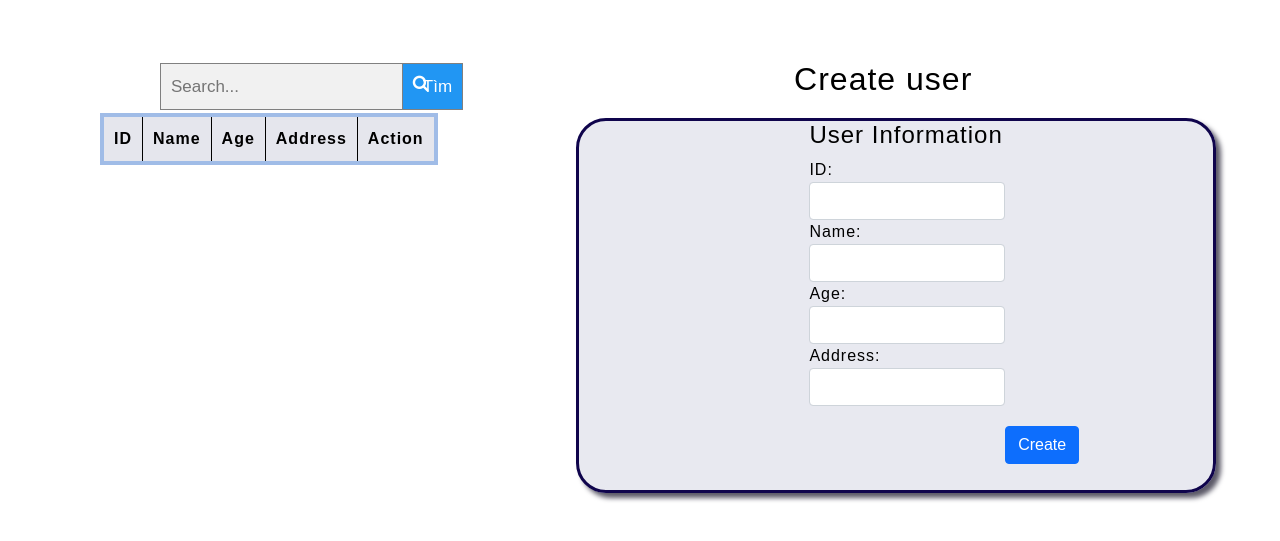
Repository: minhtuan16/JS-Basic
Page: CRUD-Department/create.html
These files come from the project's save history. The page is drawn as it stood at one moment and after the next save; the edit follows.
The browser window is 1280 px wide. The pictures show the whole page.

Above is the page before, as saved 2022-06-09 00:49:57.

### CRUD-Department/create.html
<!DOCTYPE html>
<html lang="en">
<head>
    <meta charset="UTF-8">
    <meta http-equiv="X-UA-Compatible" content="IE=edge">
    <meta name="viewport" content="width=device-width, initial-scale=1.0">
    <link rel="stylesheet" href="https://cdnjs.cloudflare.com/ajax/libs/font-awesome/4.7.0/css/font-awesome.min.css">
    <link href="https://cdn.jsdelivr.net/npm/bootstrap@5.1.3/dist/css/bootstrap.min.css" rel="stylesheet" integrity="sha384-1BmE4kWBq78iYhFldvKuhfTAU6auU8tT94WrHftjDbrCEXSU1oBoqyl2QvZ6jIW3" crossorigin="anonymous">
    <link rel="stylesheet" href="styles/style.css">
    <link rel="stylesheet" href="styles/search.css">
    <title>User</title>
</head>
<body>

    <h2>Create user</h2>
    <!--create a form with the following fiels,email, password, first name, last name, age, address, phone, payment, color-->


    <form id="registerForm" class="container">
        <h4>User Information</h4>
        <div class="control">
            <label>ID:</label>
            <input class="form-control" id="id" type="text" value="" />
        </div>

        <div class="control">
            <label>Name:</label>
            <input class="form-control" id="name" type="text" value="" />
        </div>
        <div class="control">
            <label>Age:</label>
            <input class="form-control" id="age" type="text" value="" />
        </div>
        <div class="control">
            <label>Address:</label>
            <input class="form-control" id="address" type="text" value="" />
        </div>

        <button type="button" class="btn btn-primary" id="btnSave" onclick="create()">Create</button>

        <button type="button" class="btn btn-primary" id="btnUpdate" onclick="update()" style="display: none;">Save</button>
    </form>

    <div class="search-container">
        <form >
            <input type="text" placeholder="Search..." id="search" value="">
            <button type="button" onclick="search()" style="float: right;"><i class="fa fa-search" style="width: 10px; float: left;"></i>Tìm</button>
        </form>
    </div>

    <table border="1px">

        <tr>
            <td>ID</td>
            <td>Name</td>
            <td>Age</td>
            <td>Address</td>
            <td>Action</td>
        </tr>

        <tbody id="tableBody">

        </tbody>
    </table>
    <script src="scripts/create.js"></script>
</body>
</html>

### CRUD-Department/styles/style.css
/* Global */
.control{
    width: 50%;
}
.error{
    border: 2px solid red;
}
html{
    font-family: Verdana, Geneva, Tahoma, sans-serif;
    letter-spacing: 1px;
}
h2{
    text-align: center;
}
body{
    /* background-color: #141E61; */
    color: #000000;
}
/* Nav */
a {
    display: inline-block;
    text-decoration: none;
    color: black;
    padding: 5px;
    background-color: #9498a3;
    vertical-align: middle;
    -webkit-transform: perspective(1px) translateZ(0);
    transform: perspective(1px) translateZ(0);
    box-shadow: 0 0 1px rgba(0, 0, 0, 0);
    position: relative;
}

a:before {
    content: '';
    position: absolute;
    border: #e1e1e1 solid 4px;
    top: 0;
    right: 0;
    bottom: 0;
    left: 0;
    -webkit-transition-duration: 0.3s;
    transition-duration: 0.3s;
    -webkit-transition-property: top, right, bottom, left;
    transition-property: top, right, bottom, left;
}

a:hover:before,
a:focus:before,
.a:active:before {
    top: -8px;
    right: -8px;
    bottom: -8px;
    left: -8px;
}

/* Index */
#sign-in {
    border: #0F044C solid 3px;
    background-color: #1225ee34;
    box-shadow: 5px 5px 5px #0F044C;
    padding-left: 20%;
    padding-bottom: 20%;
    width: 20rem;
    margin-left: 20%;
    border-radius: 30px;
}

/* Register */
.nav-btn {
    margin-left: 20px;
    margin-top: 20px
}

h2 {
    margin-left: 38%;
    margin-top: 60px;
}

#registerForm {
    border: #0F044C solid 3px;
    background-color: #8f92b434;
    box-shadow: 5px 5px 5px #5c5a68;
    padding-left: 18%;
    padding-bottom: 2%;
    width: 50%;
    margin-left: 45%;
    border-radius: 30px;
    margin-top: 20px;
}

#btnSave {
    margin-left: 50%;
    margin-top: 20px;
}

#btnShow {
    margin-left: -80%;
    margin-top: 20px;
}

#btnUpdate {
    margin-left: 50%;
    margin-top: 20px;
}

/* Users */
table {
    border: #a0bce7 4px solid;
    background-color: #8184a734;
    /* margin-top: 50px;
    margin-left: 500px; */
    margin-top: -380px;
    margin-left: 100px;
}

/* h1 {
    margin-top: -450px;
} */
table form input {
    margin-left: 100px;
}

table td {
    border: #000000 1px solid;
    text-align: center;
    font-weight: 900;
    padding: 10px;
}

td {
    font-weight: 100;
    border: #e1e1e1 solid 1px;
    padding: 5px;
}

### CRUD-Department/styles/search.css
* {box-sizing: border-box;}

body {
  margin: 0;
  font-family: Arial, Helvetica, sans-serif;
}

.search-container {
    float: left;
}
.search-container input[type=text] {
    padding: 10px;
    font-size: 17px;
    border: 1px solid grey;
    float: left;
    width: 80%;
    background: #f1f1f1;
}

.search-container button {
    float: left;
    width: 20%;
    padding: 10px;
    background: #2196F3;
    color: white;
    font-size: 17px;
    border: 1px solid grey;
    border-left: none;
    cursor: pointer;
}

.topnav .search-container button:hover {
  background: #ccc;
}

@media screen and (max-width: 600px) {
  .topnav .search-container {
    float: none;
  }
  .topnav a, .topnav input[type=text], .topnav .search-container button {
    float: none;
    display: block;
    text-align: left;
    width: 100%;
    margin: 0;
    padding: 14px;
  }
  .topnav input[type=text] {
    border: 1px solid #ccc;
  }
}

.search-container {
    margin-left: 160px;
    margin-top: -430px;
}

### CRUD-Department/scripts/create.js

var data = [
    {id: 1, name: "xyz1", age: 18, address: "hn"},
    {id: 2, name: "xyz2", age: 20, address: "hn"},
    {id: 3, name: "xyz3", age: 21, address: "hn"}
]

function drawTable(person) {
    var table = document.createElement("table");
    var tr = document.createElement("tr");
    var tdid = document.createElement("td");
    var tdName = document.createElement("td");
    var tdAge = document.createElement("td");
    var tdAddress = document.createElement("td");
    var tdOption = document.createElement("td");

    var editBtn = document.createElement("button");
    var deleteBtn = document.createElement("button");

    editBtn.innerText = 'Edit';
    deleteBtn.innerText = 'Delete';

    tdOption.appendChild(editBtn);
    tdOption.appendChild(deleteBtn);

    //bat su kien edit
    editBtn.onclick = function() {
        editPerson(person.id);
    }

    //bat su kien edit
    deleteBtn.onclick = function() {
        deletePerson(person.id);
    }

    tdid.innerHTML = person.id;
    tdName.innerHTML = person.name;
    tdAge.innerHTML = person.age;
    tdAddress.innerHTML = person.address;

    tr.appendChild(tdid);
    tr.appendChild(tdName);
    tr.appendChild(tdAge);
    tr.appendChild(tdAddress);
    tr.appendChild(tdOption)

    var tableBody = document.getElementById("tableBody");
    tableBody.appendChild(tr);
}

function resetDrawTable(persons) {
    var tableBody = document.getElementById("tableBody");
    tableBody.innerHTML = "";

    for (var i = 0; i < persons.length; i++) {
        drawTable(persons[i]);
    }
}

// resetDrawTable(data)
function create() {

    var id = document.getElementById("id").value;
    var name = document.getElementById("name").value;
    var age = document.getElementById("age").value;
    var address = document.getElementById("address").value;

    if (id.length > 0 && name.length > 0 && age.length > 0 && address.length > 0) {
        var p = {id: id, name: name, age: age, address: address};

        data.push(p);

        resetDrawTable(data);

        alert('Create Success');

        document.getElementById("id").value = "";
        document.getElementById("name").value = "";
        document.getElementById("age").value = "";
        document.getElementById("address").value = "";

    } else {
        alert('Dien day du thong tin');
    }
}

function show() {
    var table = document.getElementById("table");
    table.style.display = 'block';
}

function editPerson(id) {
    var index = data.findIndex(x => x.id == id);
    let person = data[index];

    var idIp = document.getElementById("id");
    var nameIp = document.getElementById("name");
    var ageIp = document.getElementById("age");
    var addressIp = document.getElementById("address");

    idIp.value = person.id;
    nameIp.value = person.name;
    ageIp.value = person.age;
    addressIp.value = person.address;

    document.getElementById("btnUpdate").style.display = 'block';
    document.getElementById("btnSave").style.display = 'none';
}

function update() {
    var idIp = document.getElementById("id");
    var nameIp = document.getElementById("name");
    var ageIp = document.getElementById("age");
    var addressIp = document.getElementById("address");

    var id = idIp.value;
    var name = nameIp.value;
    var age = ageIp.value;
    var address = addressIp.value;

    var index = data.findIndex(x => x.id == id);

    if (id.length > 0 && name.length > 0 && age.length > 0 && address.length > 0) {
        data[index] = {id: id, name: name, age: age, address: address};

        resetDrawTable(data);
        alert('Update Success');

        idIp.value = "";
        nameIp.value = "";
        ageIp.value = "";
        addressIp.value = "";

    } else {
        alert('Dien day du thong tin');
    }

    document.getElementById("btnUpdate").style.display = 'none';
    document.getElementById("btnSave").style.display = 'block';
}

function deletePerson(id) {
    var newData = data.filter(x => x.id != id);

    data = newData;

    resetDrawTable(data);
}

function search() {
    var search = document.getElementById("search").value;
    console.log(search);
    var index = data.findIndex(x => x.name == search);

    data[index] = {id: id, name: name, age: age, address: address};

    resetDrawTable(data)
}

After the next save:
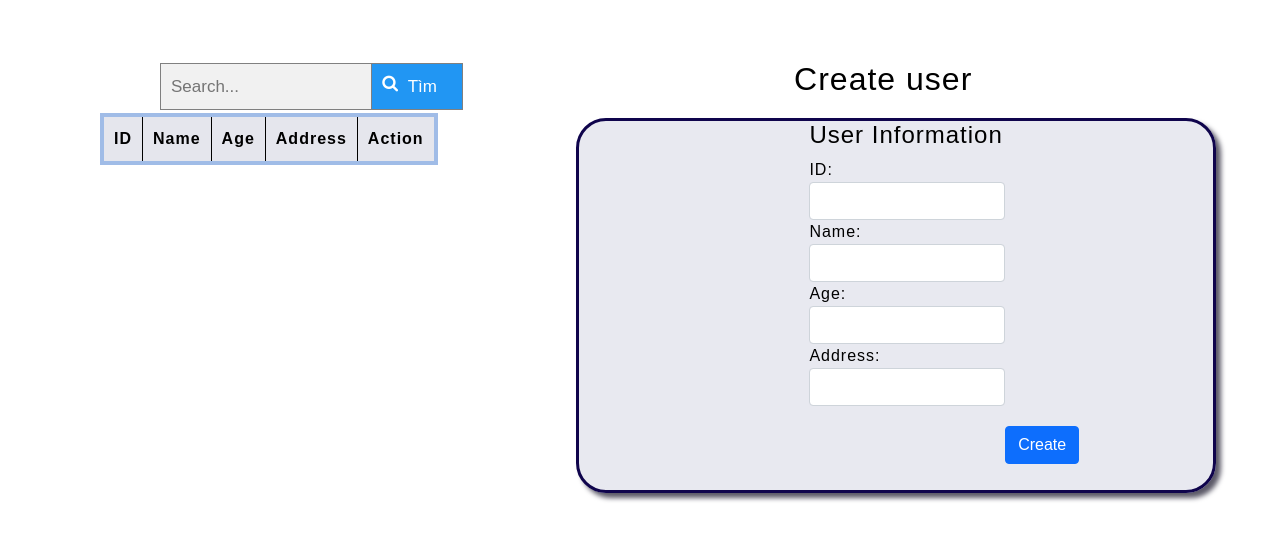
Saved 56 s later.
--- a/CRUD-Department/styles/search.css
+++ b/CRUD-Department/styles/search.css
@@ -13,13 +13,13 @@ body {
     font-size: 17px;
     border: 1px solid grey;
     float: left;
-    width: 80%;
+    width: 70%;
     background: #f1f1f1;
 }
 
 .search-container button {
     float: left;
-    width: 20%;
+    width: 30%;
     padding: 10px;
     background: #2196F3;
     color: white;
